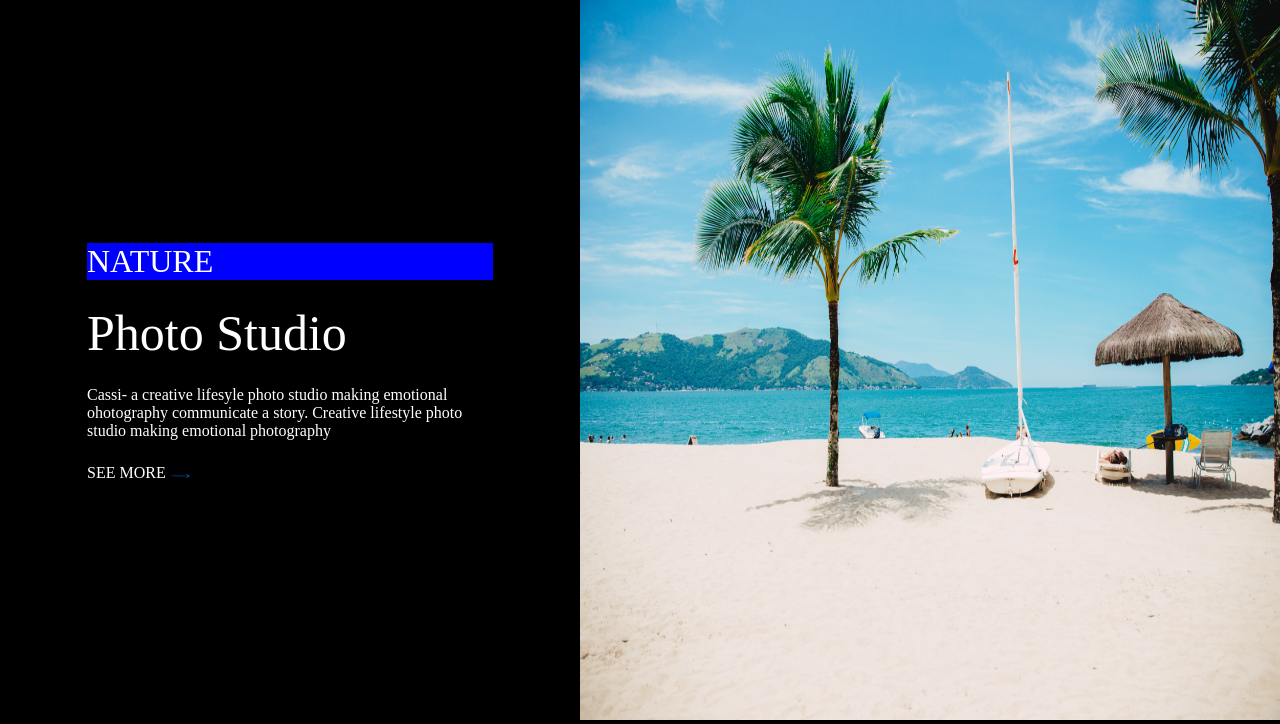
Repository: BRAspeaks/petty-project1
Page: pettyproject1.html
An editor plug-in stored every save of this project. The page is shown before and after the next save, followed by the edit.
The browser window is 1280 px wide. The pictures show the whole page.

Above is the page before, as saved 2022-07-25 15:26:06.

### pettyproject1.html
<!DOCTYPE html>
<html lang="en">
    <head>
        <meta charset="UTF-8">
        <meta http-equiv="X-UA-Compatible" content="IE=edge">
        <meta name="viewport" content="width=device-width, initial-scale=1.0">
        <title> Photo Studio</title>
        <link rel="stylesheet" href="pettyproject1.css">
    </head>
    <body>
        <div class="main">
            <p class="Nature"> NATURE</p>
            <p class="photo">Photo Studio</p>
            <p class="bodice">
                Cassi- a creative lifesyle photo studio making emotional ohotography communicate a story. Creative lifestyle photo studio making emotional photography
            </p>
            <p class="more">
                SEE MORE
                <span>
                    <img src="bluearrow.png" class="arrow">
                </span>
            </p>
        </div>
        <div class="image">
            <img src="beach.jpg" class="beach" >
        </div>
    </body>
</html>

### pettyproject1.css
* {
    margin: 0;
    padding: 0;
    box-sizing: border-box;
}
body{
    background-color: black;
    color: white;
    display: grid;
    grid-template-columns: 1fr 1fr;
    align-items: center;
    justify-content: space-between;
}
.main{
    margin: auto;
    text-align: left;
    width: 70%;
    display: flex;
    flex-direction: column;
    flex: 1;
}
.Nature{
    background-color: blue;
    font-size: 2rem;
    margin-bottom: 1.5rem;
}
.photo{
    font-size: 50px;
    /* margin: 5px; */
    margin-bottom: 1.5rem;
}
.bodice{
    margin-bottom: 1.5rem;
}
.arrow{
    width:20px;
}
.more{
    display: inline-block
}
.main, .image{
    /* display:inline-block; */
}
.image{
    /* text-align: right;    */
    width: 100%;
    align-self: center;
}
.beach{
    width: 700px;
    height: 100vh;
    /* margin-bottom: -500px; */
}

After the next save:
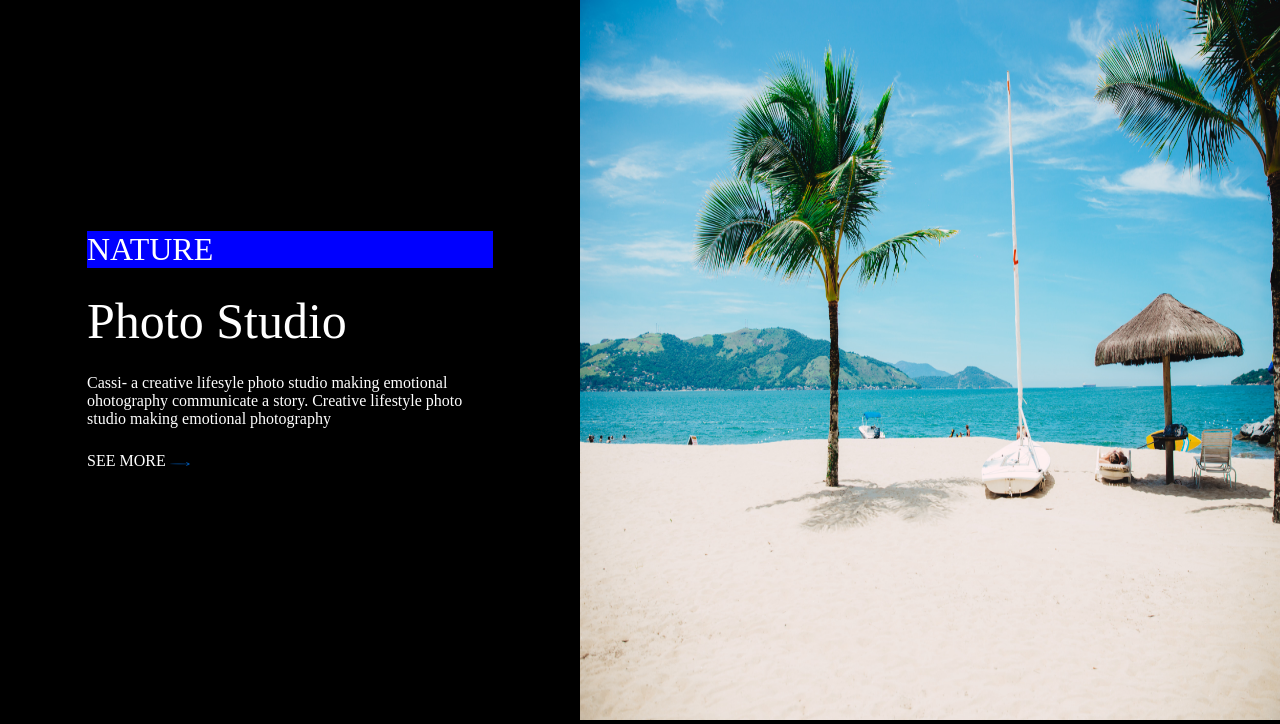
Saved 5 s later.
--- a/pettyproject1.css
+++ b/pettyproject1.css
@@ -36,7 +36,7 @@
     width:20px;
 }
 .more{
-    display: inline-block
+    margin-bottom: 1.5rem;
 }
 .main, .image{
     /* display:inline-block; */

After the save that followed:
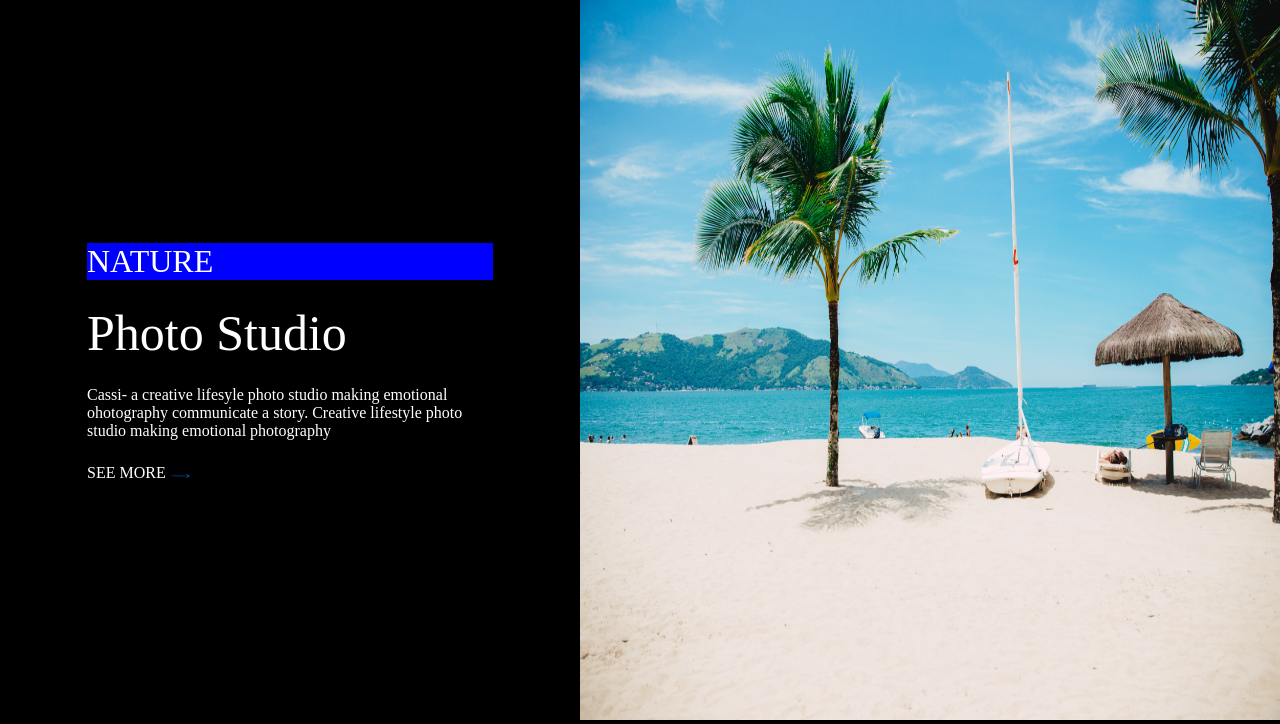
Saved 8 s later.
--- a/pettyproject1.css
+++ b/pettyproject1.css
@@ -35,9 +35,6 @@
 .arrow{
     width:20px;
 }
-.more{
-    margin-bottom: 1.5rem;
-}
 .main, .image{
     /* display:inline-block; */
 }
